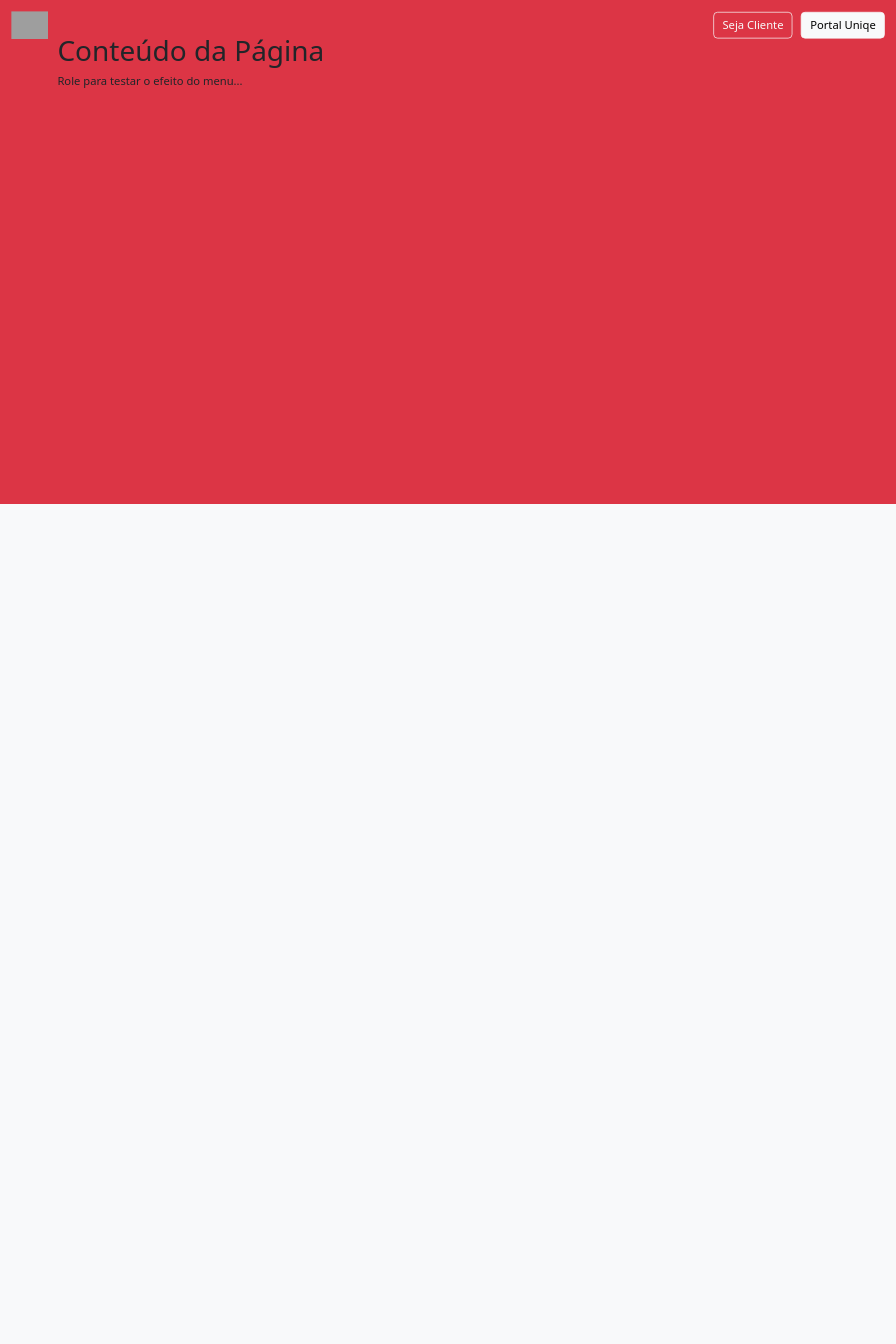
Repository: SkyTeam-Dev/Site-Uniqe
Page: http://localhost/
These files come from the project's save history. The page is drawn as it stood at one moment and after the next save; the edit follows.
The browser window is 1280 px wide. The pictures show the part of the page from y = 0 to 1920 px (the page is 4220 px tall), at 70% of full size.
Pictures or frames that could not be fetched are drawn as grey boxes. The page is run by PHP 8.4 with error messages shown; the project is at /var/www/html/.

Above is the page before, as saved 2025-07-03 09:57:24.

After the next save:
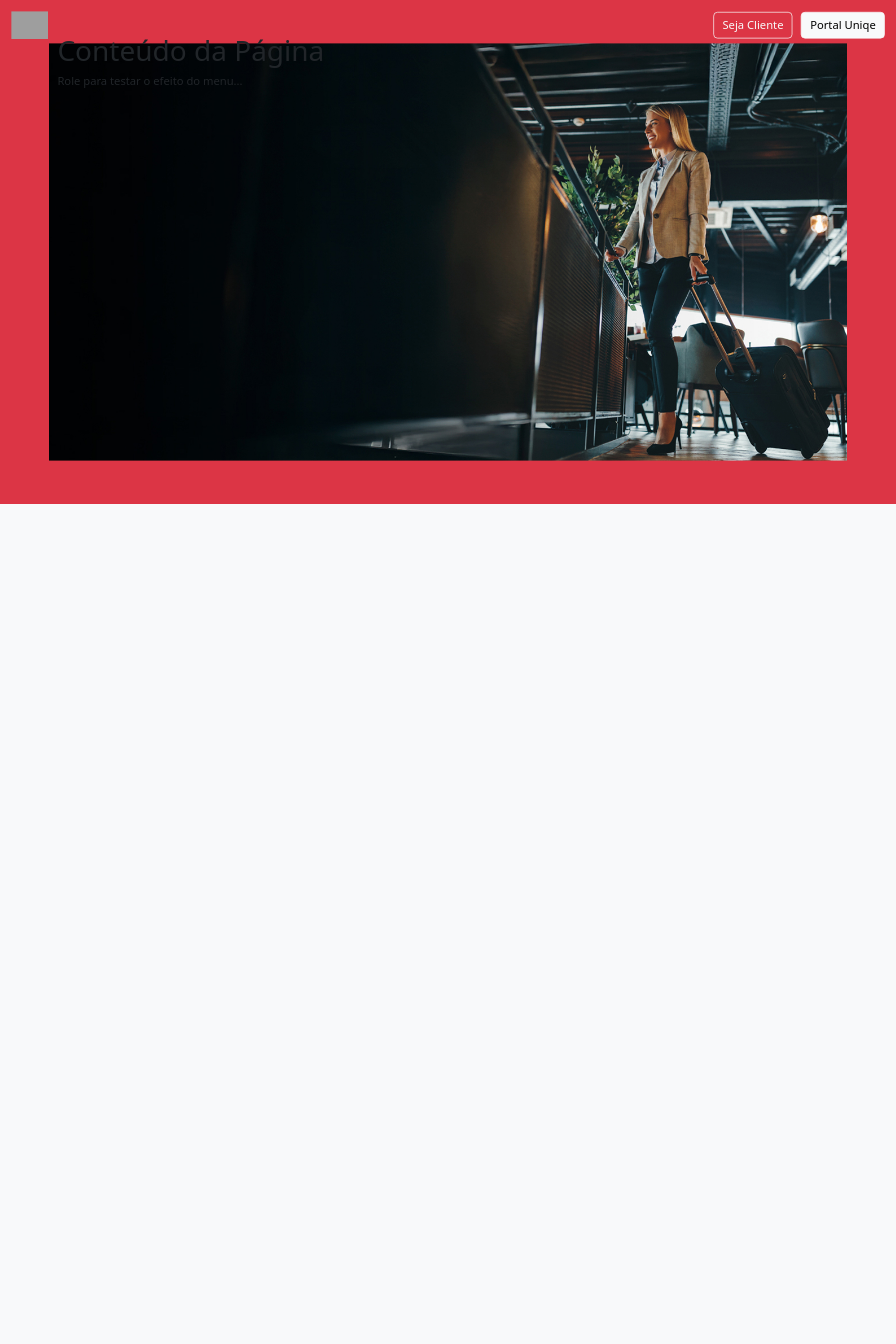
Saved 70 s later.
--- a/Templates/Default/CSS/Site.css
+++ b/Templates/Default/CSS/Site.css
@@ -1,22 +1,24 @@
 header {
-      position: fixed;
-      width: 100%;
-      z-index: 999;
-      transition: background-color 0.3s ease, box-shadow 0.3s ease;
-    }
+  position: fixed;
+  width: 100%;
+  z-index: 999;
+  transition: background-color 0.3s ease, box-shadow 0.3s ease;
+}
 
-    .menu-transparent {
-      background-color: transparent !important;
-      box-shadow: none !important;
-    }
+.menu-transparent {
+  background-color: transparent !important;
+  box-shadow: none !important;
+}
 
-    .menu-colored {
-      background-color: var(--bs-primary) !important;
-      box-shadow: 0 2px 5px rgba(0,0,0,0.1);
-    }
-
-
+.menu-colored {
+  background-color: var(--bs-primary) !important;
+  box-shadow: 0 2px 5px rgba(0, 0, 0, 0.1);
+}
 
 .Hero {
   height: 100vh;
+  background-image: url('../Imagens/foto-home-uniqe.jpg');
+  background-repeat: no-repeat;
+  background-size: contain;
+  background-position: center;
 }
